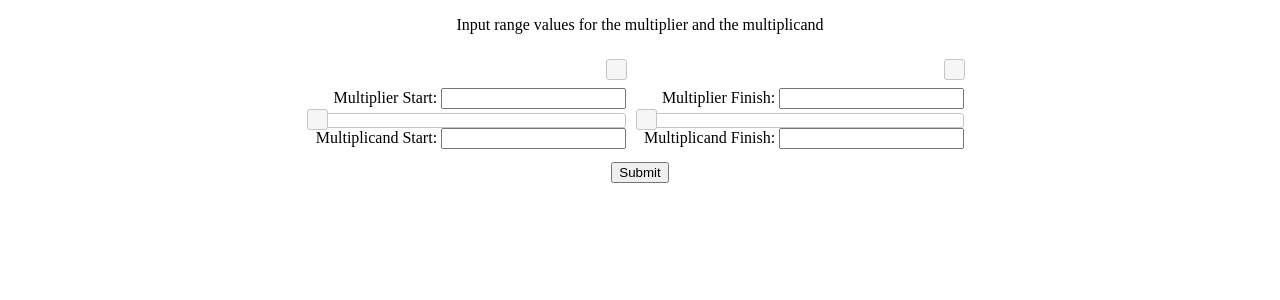
Repository: khrasna/HW4Part2
Page: index.html
The author's editor kept a copy of each file at every save. The page is drawn from the files as they stood at one save, then again after the next save.
The browser window is 1280 px wide. The pictures show the whole page.
Some web libraries are served in a nearby version.

Above is the page before, as saved 2021-11-13 16:22:13.

After the next save:
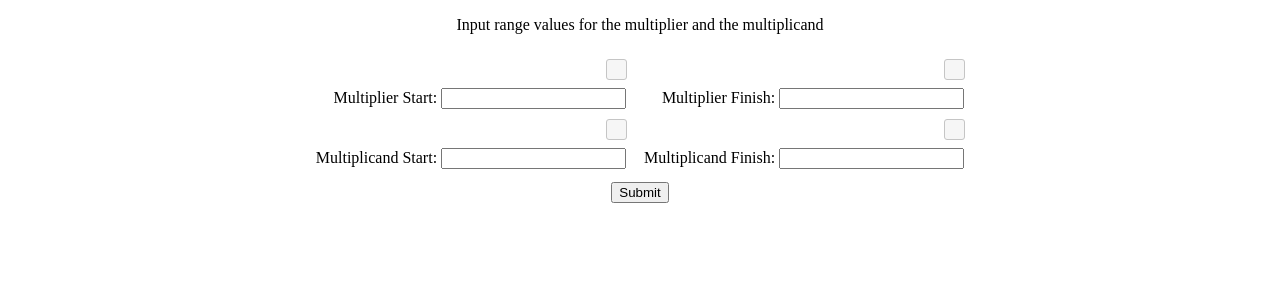
Saved 15 s later.
--- a/style.css
+++ b/style.css
@@ -6,7 +6,9 @@ body {
 }
 
 #slider-1,
-#slider-2 {
+#slider-2,
+#slider-3,
+#slider-4 {
     margin: 10px;
     justify-self: right;
 }
